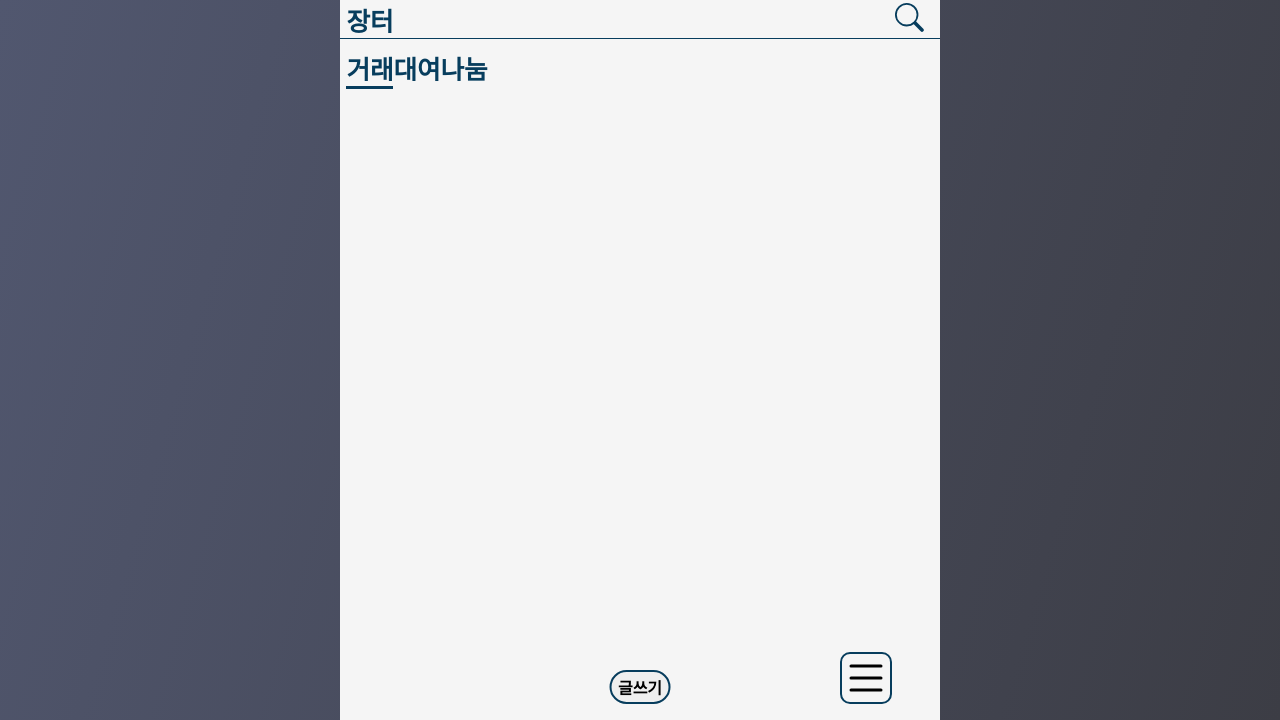
Repository: SeungYn/hanium
Page: /trade/trade
The author's editor kept a copy of each file at every save. The page is drawn from the files as they stood at one save, then again after the next save.
The browser window is 1280 px wide. The pictures show the whole page.
The page's requests for data from a server got no answer. The project was rebuilt for these pictures with package versions that can differ from the ones it lists, and the page was loaded fresh each time. No one was signed in, and anything a server would have sent is missing. Also part of the build but not shown: src/App.css, src/components/Chat/ChatHeader/ChatHeader.module.css, src/components/Chat/ChatHeader/ChatHeader.jsx, src/components/Chat/ChatPeoples/ChatPeoples.jsx, src/components/Chat/ChatSideBar/ChatSideBar.module.css, src/components/Chat/ChatSideBar/ChatSideBar.jsx, src/components/ReadPopup/ReadPopup.module.css, src/components/ReadPopup/ReadPopup.jsx and 26 more.

Above is the page before, as saved 2022-11-21 13:40:49.

After the next save:
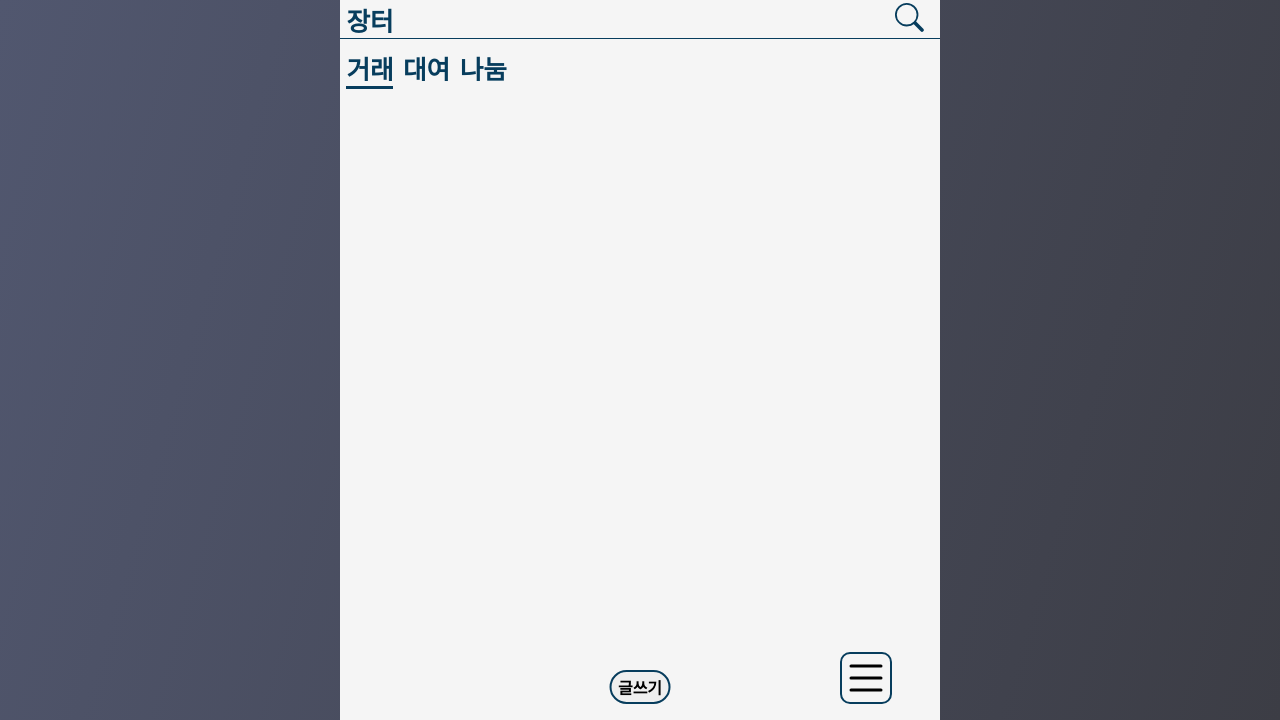
Saved 64 s later.
--- a/src/components/Trade/TradeCategory/TradeCategory.module.css
+++ b/src/components/Trade/TradeCategory/TradeCategory.module.css
@@ -10,6 +10,10 @@
   color: var(--color-darkBlue);
 }
 
+.category:not(:first-child) {
+  margin-left: 0.6rem;
+}
+
 .active {
   border-bottom: 3px solid var(--color-main);
 }
